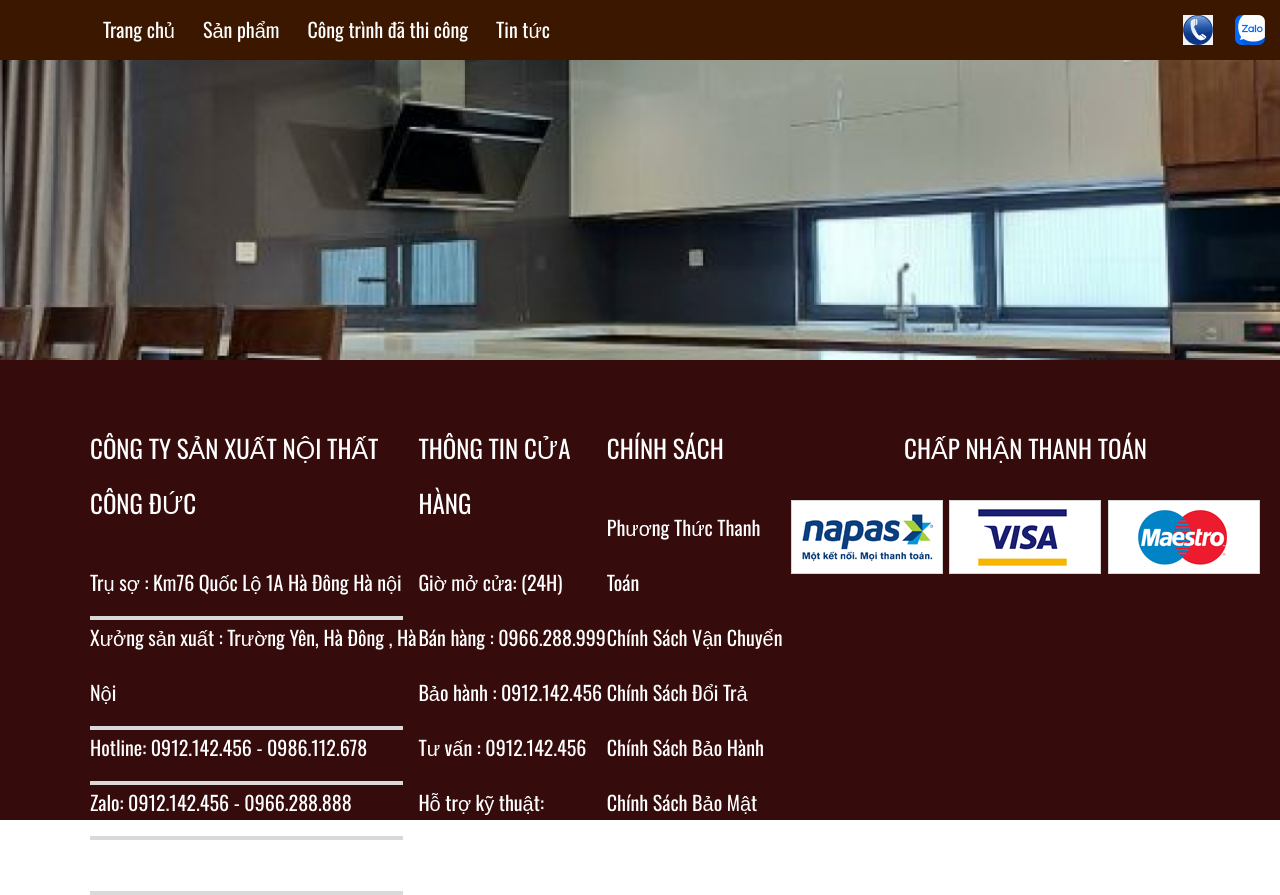
Repository: KHANHD192/FigmaTo-HTML
Page: APP-SHOP/ctdtc.html
An editor plug-in stored every save of this project. The page is shown before and after the next save, followed by the edit.
The browser window is 1280 px wide. The pictures show the whole page.

Above is the page before, as saved 2022-11-21 23:31:42.

### APP-SHOP/ctdtc.html
<!DOCTYPE html>
<html lang="en">
<head>
    <meta charset="UTF-8">
    <meta http-equiv="X-UA-Compatible" content="IE=edge">
    <meta name="viewport" content="width=device-width, initial-scale=1.0">
    <title>Công trình đã thi công</title>
    <link rel="stylesheet" href="https://cdnjs.cloudflare.com/ajax/libs/normalize/8.0.1/normalize.min.css" integrity="sha512-NhSC1YmyruXifcj/KFRWoC561YpHpc5Jtzgvbuzx5VozKpWvQ+4nXhPdFgmx8xqexRcpAglTj9sIBWINXa8x5w==" crossorigin="anonymous" referrerpolicy="no-referrer" />
    <link rel="stylesheet" href="./asset/Css_main/base.css">
    <link rel="preconnect" href="https://fonts.googleapis.com">
     <link rel="preconnect" href="https://fonts.gstatic.com" crossorigin>
     <style>
 .header__background{
    height: 300px;
 }
     </style>
</head>
<body>
    <div class="app">
        <header class="app__header">
            <div class="header__nav-bar">
               <ul class="nav-bar__item">
                   <li>
                       <a href="./index.html" class="nav-bar__item-link">Trang chủ</a>
                   </li>
                   <li>
                       <a href="#" class="nav-bar__item-link">Sản phẩm</a>
                   </li>
                   <li>
                       <a href="./ctdtc.html" class="nav-bar__item-link">Công trình đã thi công</a>
                   </li>
                   <li>
                       <a href="./tintuc.html" class="nav-bar__item-link">Tin tức</a>
                   </li>
               </ul>
               <ul class="nav-bar__icon">
                   <li>
                       <img src="./asset/IMG/image 3.png" alt="" class="logo">
                   </li>
                   <li>
                       <img src="./asset/IMG/image 2.png" alt="" class="logo">
                   </li>
               </ul>
            </div>
            <div class="header__background">
                <img src="./asset/IMG/back_ctdtc.png" alt="background">
            </div>
         </header>
         <div class="app__container">

         </div>
         <footer class="app__footer">
            <div class="footer__addres">
                <p class="addres__title">CÔNG TY SẢN XUẤT NỘI THẤT CÔNG ĐỨC</p>
                <ul>
                    <li class="address__item" >Trụ sợ : Km76 Quốc Lộ 1A Hà Đông Hà nội</li>
                    <li class="address__item">Xưởng sản xuất : Trường Yên, Hà Đông , Hà Nội</li>
                    <li class="address__item">Hotline: 0912.142.456 - 0986.112.678 </li>
                    <li class="address__item">Zalo: 0912.142.456 - 0966.288.888</li>
                    <li class="address__item">
                        <a href="noithatcongduc.com.vn">Website: noithatcongduc.com.vn</a>
                    </li>
                </ul>
            </div>
            <div class="footer__info">
                <p class="addres__title">THÔNG TIN CỬA HÀNG </p>
                <ul>
                    <li> Giờ mở cửa: (24H)</li>
                    <li>Bán hàng : 0966.288.999</li>
                    <li> Bảo hành : 0912.142.456 </li>
                    <li>Tư vấn : 0912.142.456</li>
                    <li class="info__item">
                        <a href="tel:098.611.2158">Hỗ trợ kỹ thuật: 098.611.2158</a>
                    </li>
                </ul>
            </div>
            <div class="footer__term">
                <p class="addres__title">CHÍNH SÁCH</p>
                <ul>
                    <li>Phương Thức Thanh Toán</li>
                    <li>Chính Sách Vận Chuyển</li>
                    <li>Chính Sách Đổi Trả </li>
                    <li>Chính Sách Bảo Hành</li>
                    <li>
                        Chính Sách Bảo Mật Thông Tin
                    </li>
                </ul>
            </div>
            <div class="footer__payal">
                <p class="addres__title">CHẤP NHẬN THANH TOÁN</p>
                <ul class="payal__item">
                    <li>
                           <img src="./asset/IMG/image 8.png" alt="Phương thức thanh toán">
                    </li>
                </ul>
            </div>
        </footer>
    </div>
</body>
</html>

### APP-SHOP/asset/Css_main/base.css
@import url('https://fonts.googleapis.com/css2?family=Oswald&family=Roboto:wght@100&display=swap');
/* header */
html{
    font-size: 62.5%;
    box-sizing: border-box;
    font-family: 'Oswald', sans-serif;
}
.app{
    max-width: 1800px;
}
.app__header{

}
.header__nav-bar{
      display: flex;
      justify-content: space-between;
      height: 60px;
      background-color: #3C1700;;
}
.nav-bar__item {
    width: 603px;
    height: 30px;
    list-style: none;
    display: flex;
    font-family: 'Oswald', sans-serif;
    font-size: 20px;
    line-height: 29.64px;
    margin-top: 15px;
    margin-bottom: 15px ;
    margin-left: 63px;
}
.nav-bar__item-link{
    text-decoration: none;
    color: #FFFFFF;
    margin-right: 28px;
}
.header__nav-bar:not(:last-child){
    margin-right: 0;
}
.nav-bar__icon{
    list-style: none;
    display: flex;
    margin-top: 15px;
    margin-bottom: 15px ;
    margin-right: 15px;
}
.logo{
    width: 30px;
    height: 30px;
}
.logo:last-child{
    margin-left: 22px;
}
.header__background{
    width:100%;
    height: 420px;
}
.header__background img{
    width: 100%;
    height: 100%;
    object-fit: cover;
}
/* footer */
footer{
    max-width: 1800px;
    height:460px;
    background-color: #350B0C;
    color: #FFFFFF;
}
footer ul{
    list-style: none;
    padding: 0;
    font-size: 20px;
}
.app__footer{
    display:flex;
    justify-content: space-between;
}
.addres__title{
    font-size: 25px;
}
.footer__addres , .footer__info ,.footer__term ,.footer__payal{
    margin-top:35px;
}
.footer__addres{
    max-width: 508px;
    height:375px;
    margin-left:90px;
   line-height: 55px;
}
.address__item{
    position: relative;
}
.address__item::after{
    content: "";
    position: absolute;
    width: 313px;
    height: 4px;
    background-color: #D9D9D9;
    left:0;
    bottom: -10px;
}
.address__item a ,.info__item a {
    text-decoration: none;
    color:#FFFFFF;
}
 .footer__info{
    max-width: 412px;
    height: 356px;
    line-height: 55px;
 }
 .footer__term{
    max-width: 260px;
    height: 356px;
    line-height: 55px;
 }
 .footer__payal{
    line-height: 55px;
    margin-right: 20px;
 }
.footer__payal p {
    text-align: center;
}

After the next save:
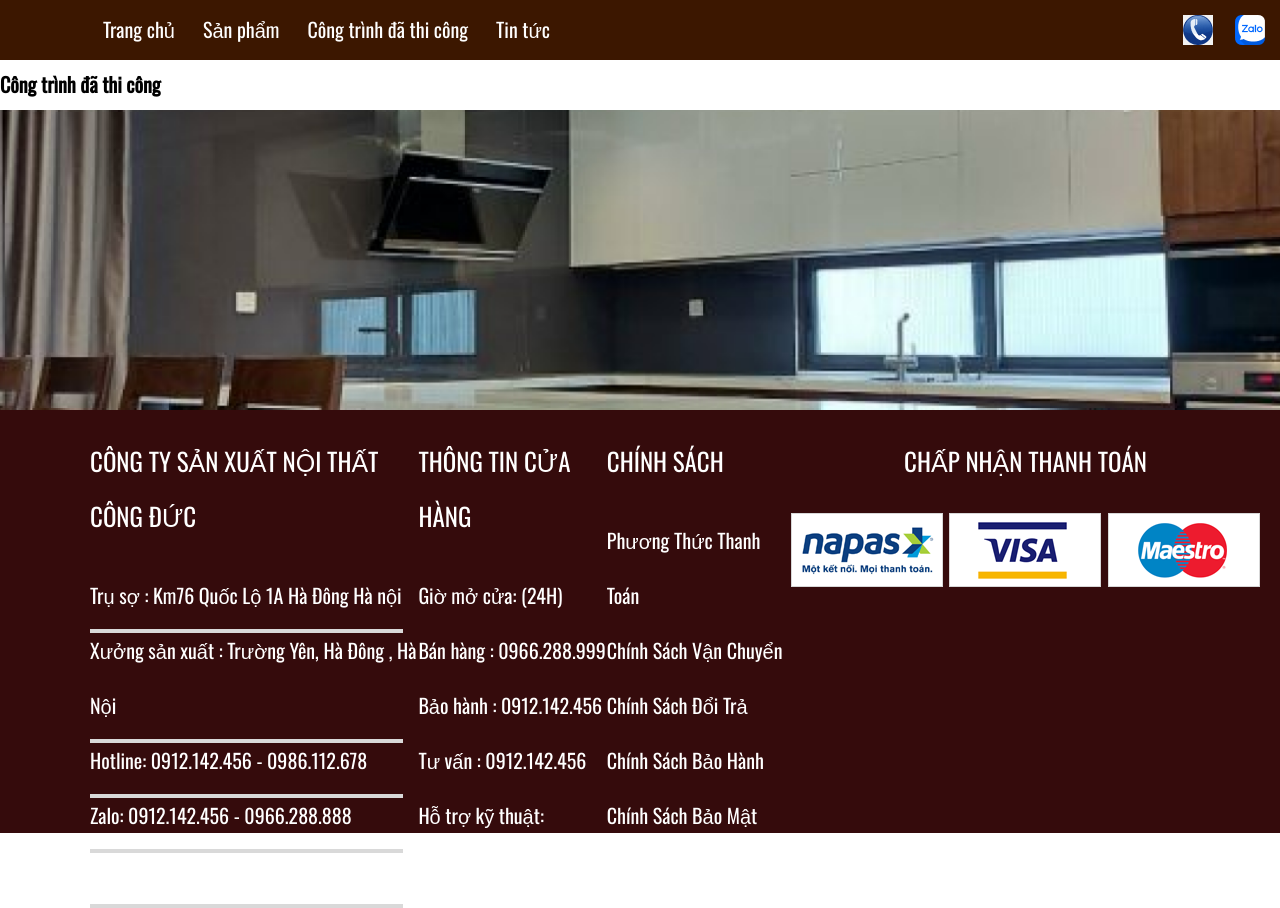
Saved 3 min 21 s later.
--- a/APP-SHOP/ctdtc.html
+++ b/APP-SHOP/ctdtc.html
@@ -10,9 +10,9 @@
     <link rel="preconnect" href="https://fonts.googleapis.com">
      <link rel="preconnect" href="https://fonts.gstatic.com" crossorigin>
      <style>
- .header__background{
-    height: 300px;
- }
+        .header__background{
+       height: 300px;
+         }
      </style>
 </head>
 <body>
@@ -43,11 +43,14 @@
                </ul>
             </div>
             <div class="header__background">
+                <h1>Công trình đã thi công</h1>
                 <img src="./asset/IMG/back_ctdtc.png" alt="background">
             </div>
          </header>
          <div class="app__container">
+            <div class="container__category">
 
+            </div>
          </div>
          <footer class="app__footer">
             <div class="footer__addres">

After the save that followed:
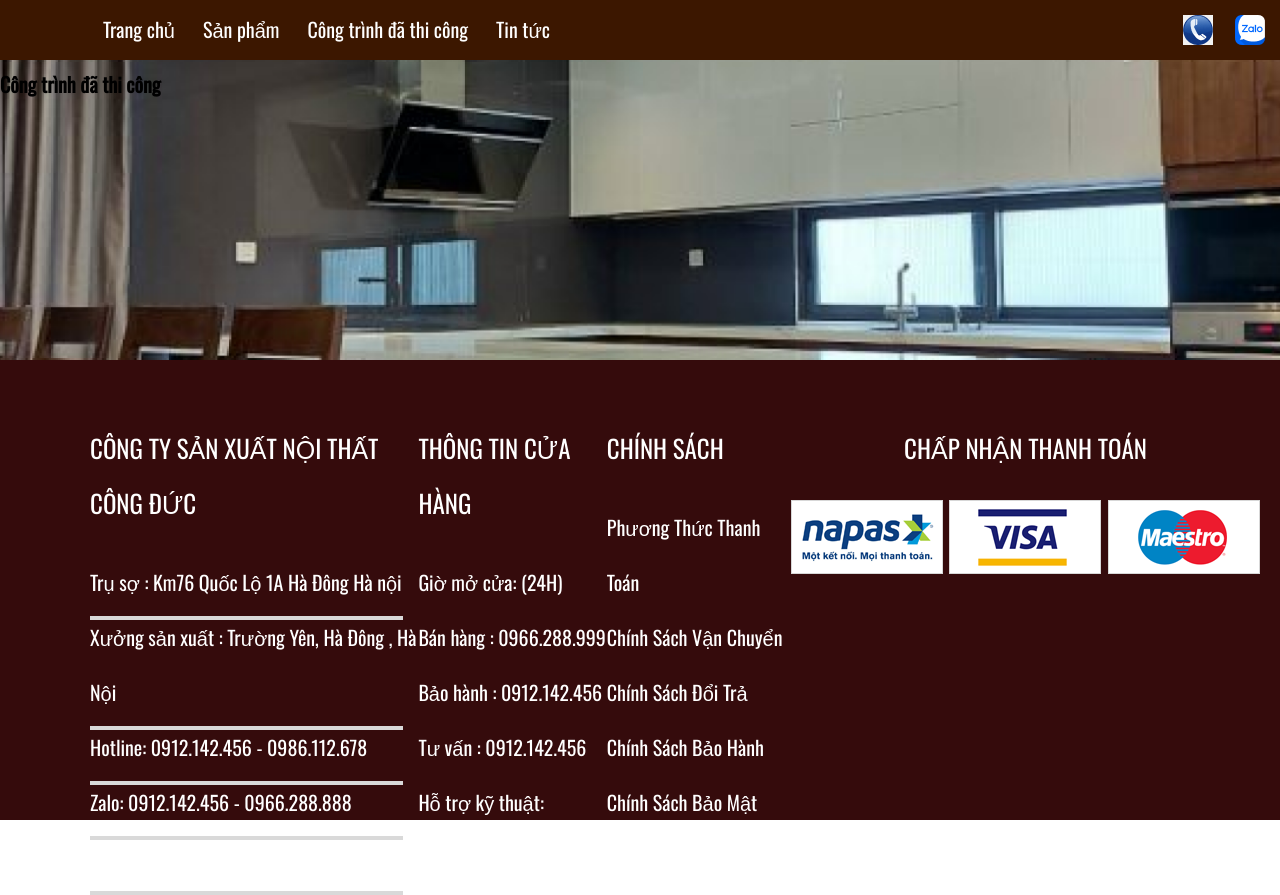
Saved 81 s later.
--- a/APP-SHOP/ctdtc.html
+++ b/APP-SHOP/ctdtc.html
@@ -12,7 +12,12 @@
      <style>
         .header__background{
        height: 300px;
+       position:relative;
          }
+         .header__background-heading{
+            position:absolute;
+         }
+
      </style>
 </head>
 <body>
@@ -43,7 +48,7 @@
                </ul>
             </div>
             <div class="header__background">
-                <h1>Công trình đã thi công</h1>
+                <h1 class="header__background-heading">Công trình đã thi công</h1>
                 <img src="./asset/IMG/back_ctdtc.png" alt="background">
             </div>
          </header>
